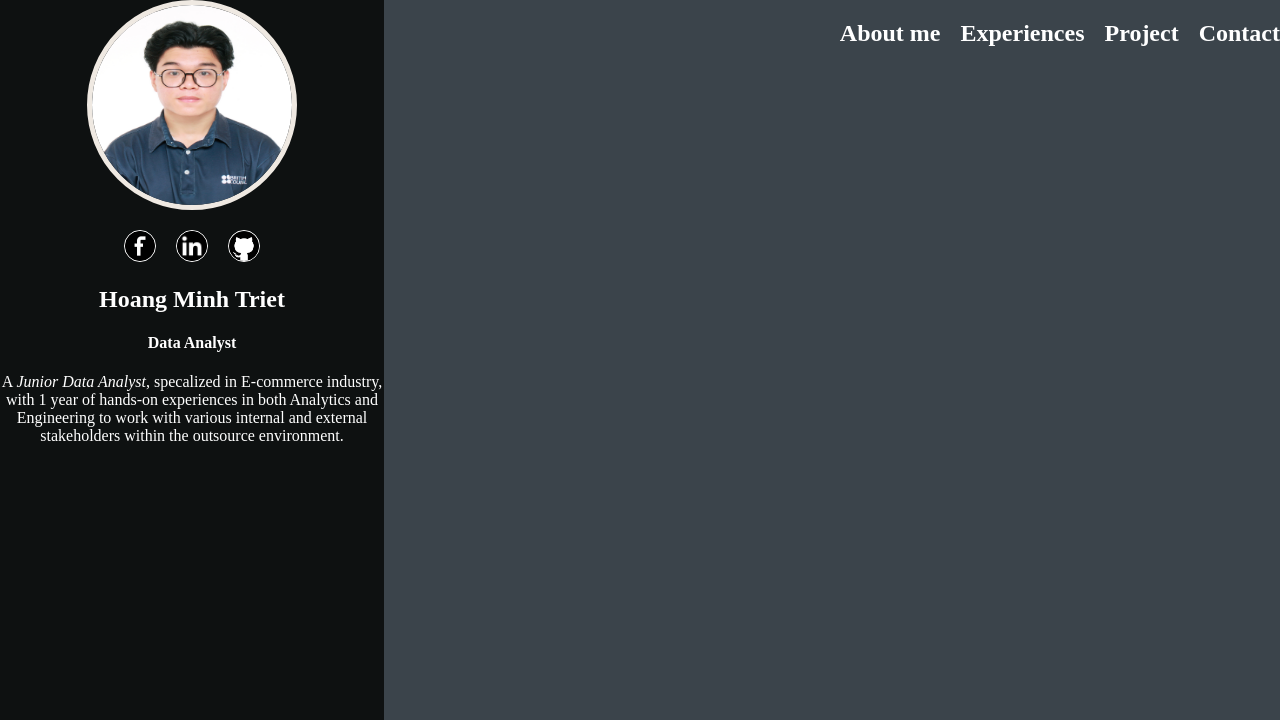
Repository: MinnTrit/personal_website
Page: http://localhost/
These files come from the project's save history. The page is drawn as it stood at one moment and after the next save; the edit follows.
The browser window is 1280 px wide. The pictures show the whole page.
The page is served by the project's application, run on Flask 3 (app.py).

Above is the page before, as saved 2025-01-29 00:01:06.

After the next save:
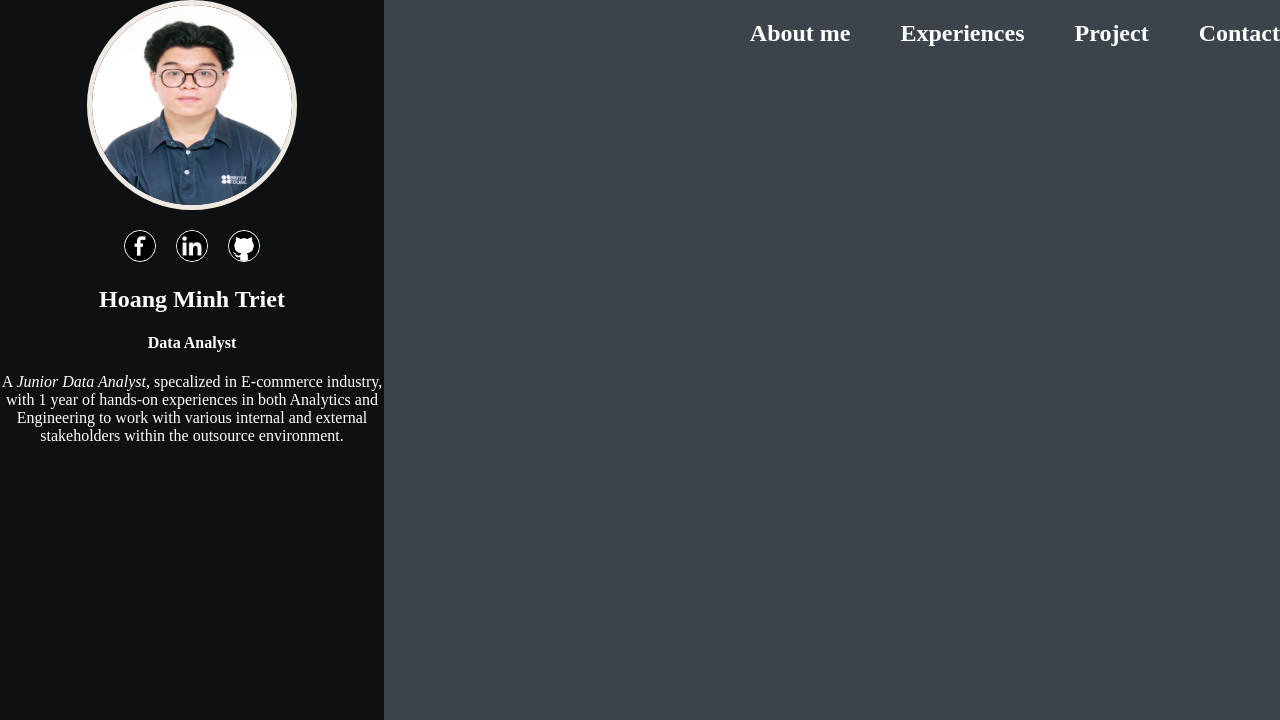
Saved 9 s later.
--- a/static/css/styles.css
+++ b/static/css/styles.css
@@ -34,7 +34,7 @@ html, body {
     background-color:#3b444b;
     width: 70%;
     height: 100%;
-    gap: 20px;
+    gap: 50px;
 }
 
 .sections .h2 {
